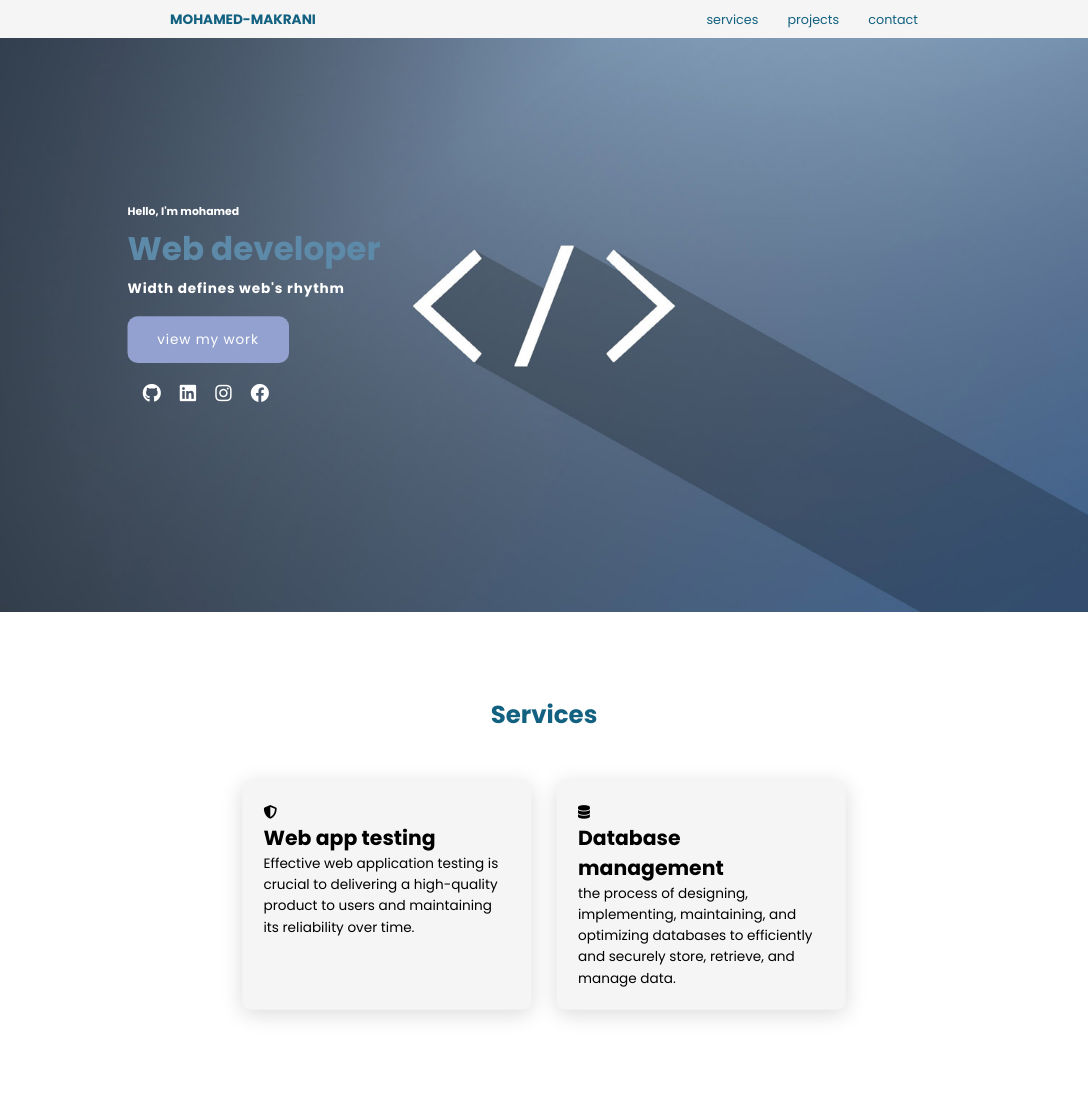
Repository: mohamed-makrani/Portfolio
Page: indixe.html
An editor plug-in stored every save of this project. The page is shown before and after the next save, followed by the edit.
The browser window is 1280 px wide. The pictures show the whole page, at 85% of full size.
Backgrounds fixed to the window are drawn as part of the page.

Above is the page before, as saved 2023-09-16 20:11:46.

### indixe.html
<!DOCTYPE html>
<html lang="en">
<head>
    <meta charset="UTF-8">
    <meta name="descreption" content="makrani-mohamed/portfilio"/>
    <title>Mohamed-makrani</title>
    <link rel="stylesheet" href="https://cdnjs.cloudflare.com/ajax/libs/font-awesome/6.4.2/css/all.min.css"/>
    <link  rel="stylesheet" href="style.css" />
</head>
<body>
    <header>
        <a class="logo" href="#" >Mohamed-makrani</a>
        <nav class="navigation">
            <a href="#services" >services</a>
            <a href="#" > projects</a>
            <a href="#"> contact </a>

        </nav>
    </header>
    <section class="main">
        <div>
            <h6>Hello, I'm mohamed </h6>
            <h1>Web developer</h1>
            <h4>Width defines web's rhythm</h4>
        <a href="#" class="main-button">view my work</a>
        <div class="social-media">
            <a href="#" ><i class="fa-brands fa-github"></i></a>
            <a href="#" ><i class="fa-brands fa-linkedin"></i></a>
            <a href="#"><i class="fa-brands fa-instagram"></i></a>
            <a href="#"><i class="fa-brands fa-facebook"></i></a>
        </div>
        </div>
    </section>
    <section class="cards" id="services" >
        <h2 class="title">Services</h2>
        <div class="content" >
            <div class="card">
                <div class="icon"><i class="fa-solid fa-shield-halved"></i></div>
                <div class="info">
                    <h2>Web app testing</h2>
                    <p>Effective web application testing is crucial to delivering a high-quality product to users and maintaining its reliability over time.</p>
                </div>
            </div>
            <div class="card">
                <div class="icon"><i class="fa-solid fa-database"></i></div>
                <div class="info">
                    <h2>Database management</h2>
                    <p>the process of designing, implementing, maintaining, and optimizing databases to efficiently and securely store, retrieve, and manage data.</p>
                </div>
            </div>







        </div>
    </section>





</body>
</html>

### style.css
@import url('https://fonts.googleapis.com/css2?family=Poppins:ital,wght@0,200;0,300;0,400;0,500;0,600;0,700;0,800;0,900;1,100;1,200;1,300;1,400;1,500;1,600;1,700;1,800;1,900&display=swap');

*{

    font-family: 'Poppins', sans-serif;
    margin: 0;
    padding: 0;
    box-sizing: border-box;
    scroll-behavior: smooth;
}
 header{

    background-color: #f5f5f5;
    width: 100%;
    position: fixed;
    display: flex;
    z-index: 999;
    justify-content: space-between;
    align-items: center;
    padding: 10px 200px;

 }
 .logo {
    /* default is 16 px */

    text-decoration: none;
    font-size: 16px;
    color: #126180;
    text-transform: uppercase;
    font-weight: 700;
 }
 .navigation a{
    color: #126180;
    font-size: 15px;
    font-weight: 600px;
    text-decoration: none;
    padding-left:  30px;

 }
.navigation a:hover {

color: rgb(83, 15, 146);
}
 section {

   padding: 100px 150px;
 }
 .main{

   width: 100%;
   min-height: 100vh;
   display: flex;
   align-items: center;
   background:url(backround.jpg) no-repeat;
   background-size: cover;
   background-position:center ;
   background-attachment: fixed;

 }
 .main h6 {

   color: white;
   font-weight:500px ;
   font-size: 0.8em;


 }

 .main h1 {

   color:#5d8aa8 ;
   font-size: 2.4em;
   font-weight: 500px;
   margin-top: 6px;
 }
 .main h4 {

   color: white;
   font-size: 1em;
   font-weight: 500px;
   margin-top: 6px;
   margin-bottom: 20px;
   letter-spacing:1px;
 }
.main-button {

color : white;
text-decoration: none;
background-color: #92a1cf;
letter-spacing : 1px;
font-size: 1em;
font-weight: 600px;
display: inline-block;
padding: 0.935em 2.187em;
border-radius: 12px;
margin-bottom: 20px;
transition: 0.7s ease;

}
.main-button :hover{
   background-color:#545aa7;
   transform: scale(1.1);
}
.social-media a{

   color: white;
   font-size: 22px;
   padding-left: 18px;

}

.title {

   display: flex;
   justify-content: center;
   color:#126180;
   font-size:1.8em ;
   font-weight: 700px;
   margin-bottom: 40px;
}
.content{
   display: flex;
   justify-content: center;
   flex-direction: row;
   flex-wrap: wrap;
}
.card {
   background-color:#f5f5f5;
   width:21.25em;
   box-shadow: 0 5px 25px rgba(1 1 1 /15%);
    border-radius: 10px;
    padding: 25px;
    margin: 15px;
}

After the next save:
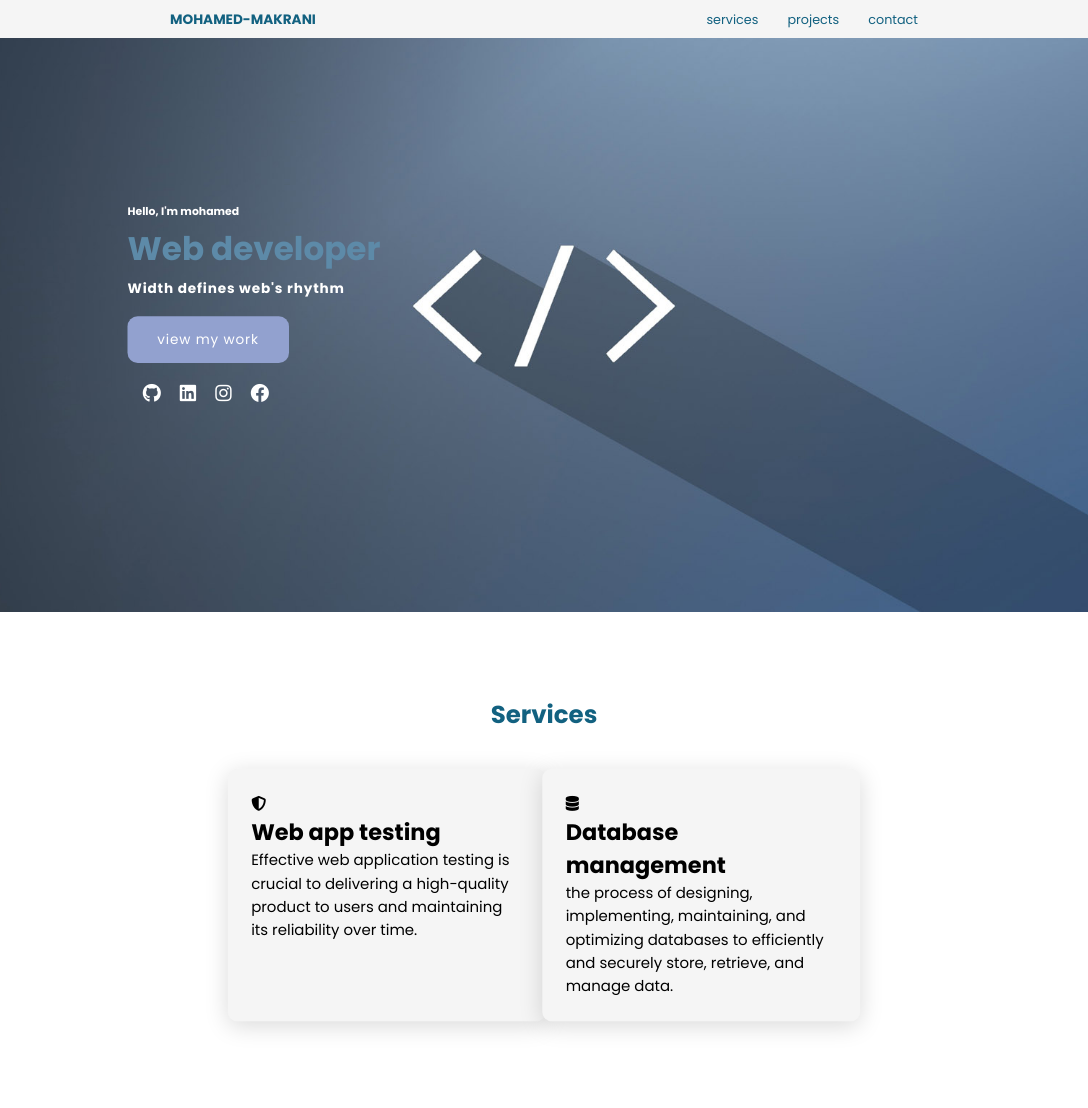
Saved 2 min 59 s later.
--- a/style.css
+++ b/style.css
@@ -131,4 +131,8 @@
     border-radius: 10px;
     padding: 25px;
     margin: 15px;
+    transition: 0.7s ease;
 }
+.card {
+   transform: scale(1.1);
+}

After the save that followed:
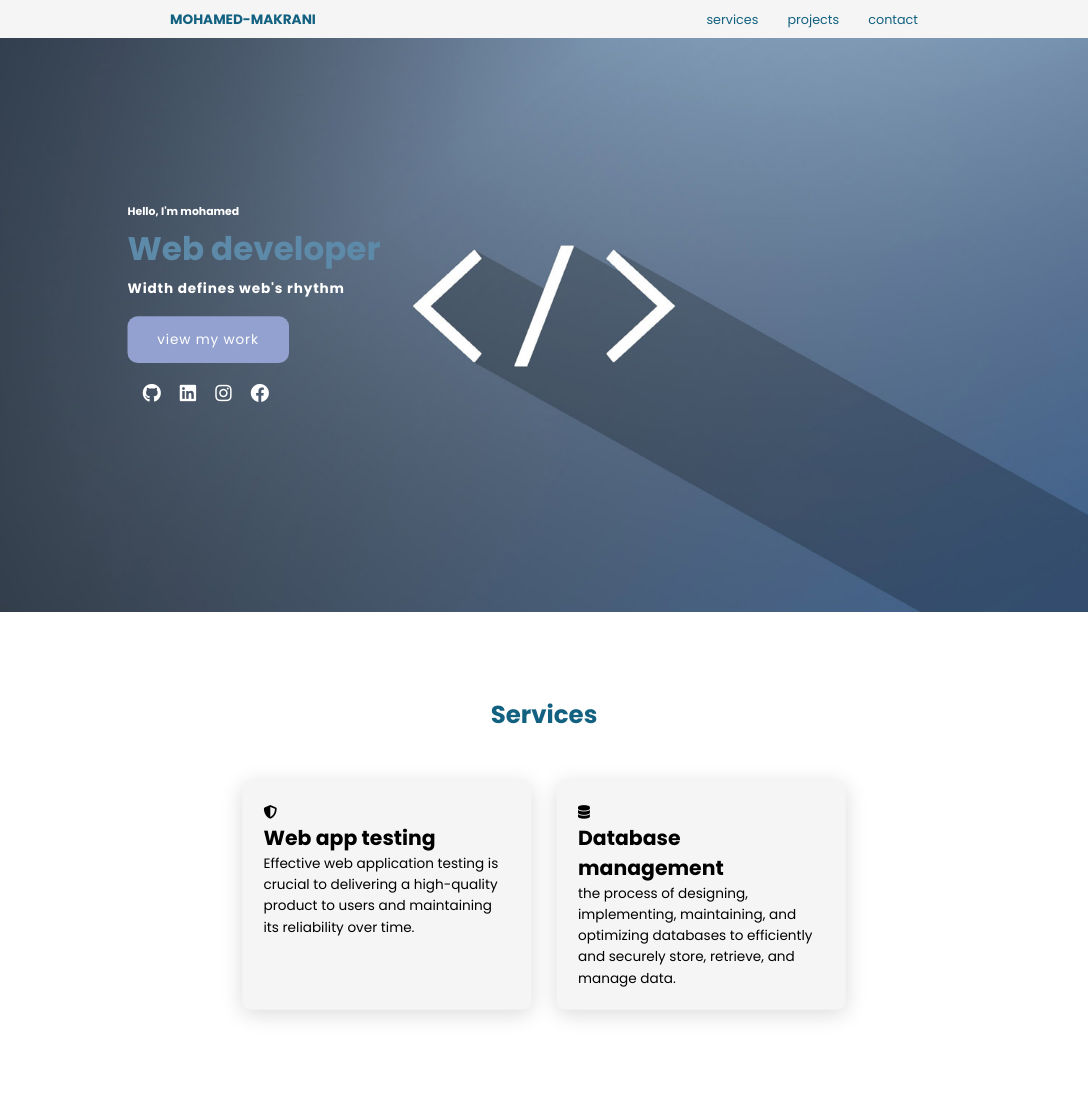
Saved 31 s later.
--- a/style.css
+++ b/style.css
@@ -133,6 +133,6 @@
     margin: 15px;
     transition: 0.7s ease;
 }
-.card {
+.card:hover {
    transform: scale(1.1);
 }
